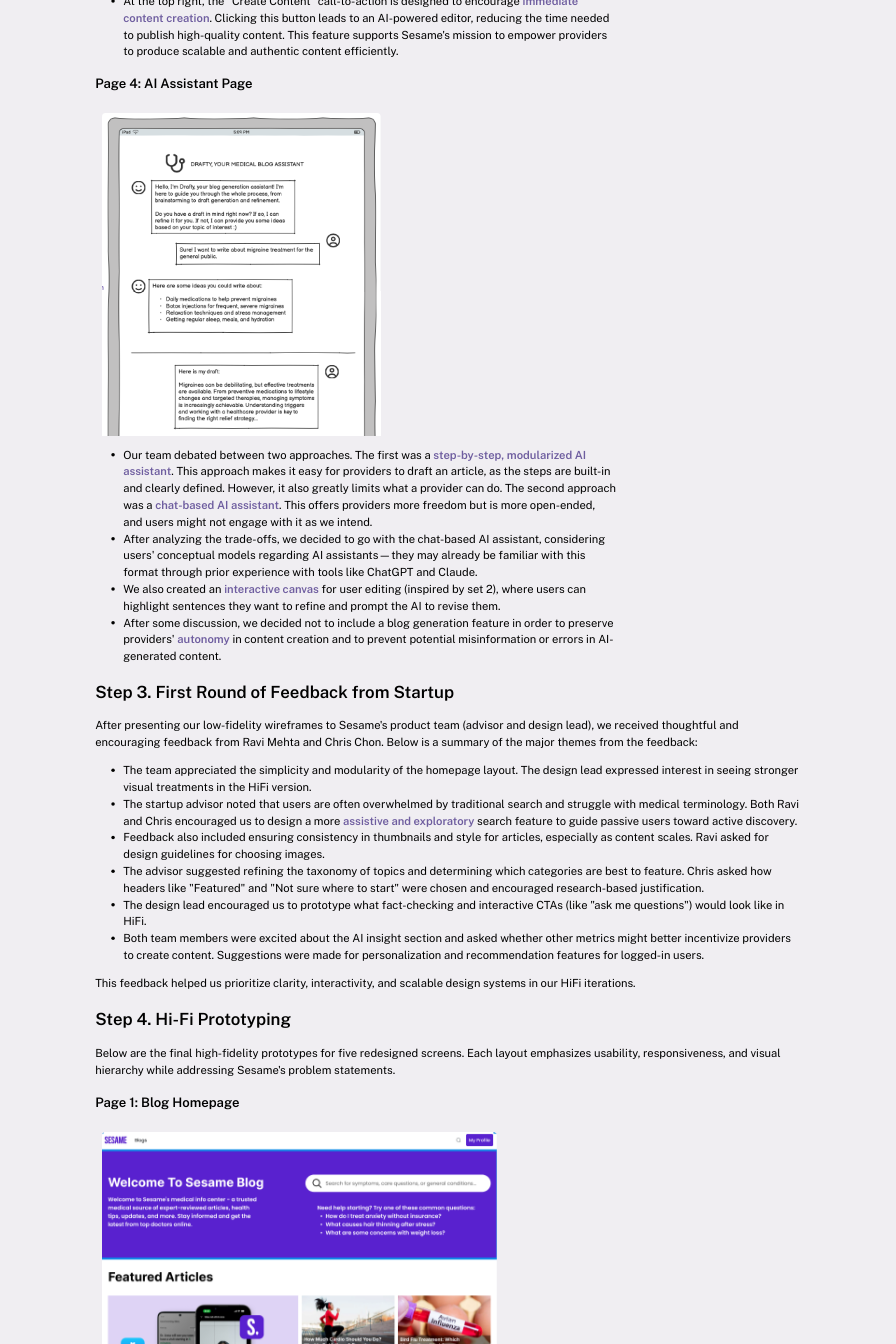
Repository: yifan200354/cs1300-iterative-design
Page: index.html
These files come from the project's save history. The page is drawn as it stood at one moment and after the next save; the edit follows.
The browser window is 1280 px wide. The pictures show the part of the page from y = 4580 to 6500 px (the page is 9684 px tall), at 70% of full size.
An inner scrolling area shows only its first screen.

Above is the page before, as saved 2025-04-17 22:28:15.
Not found: script.js

After the next save:
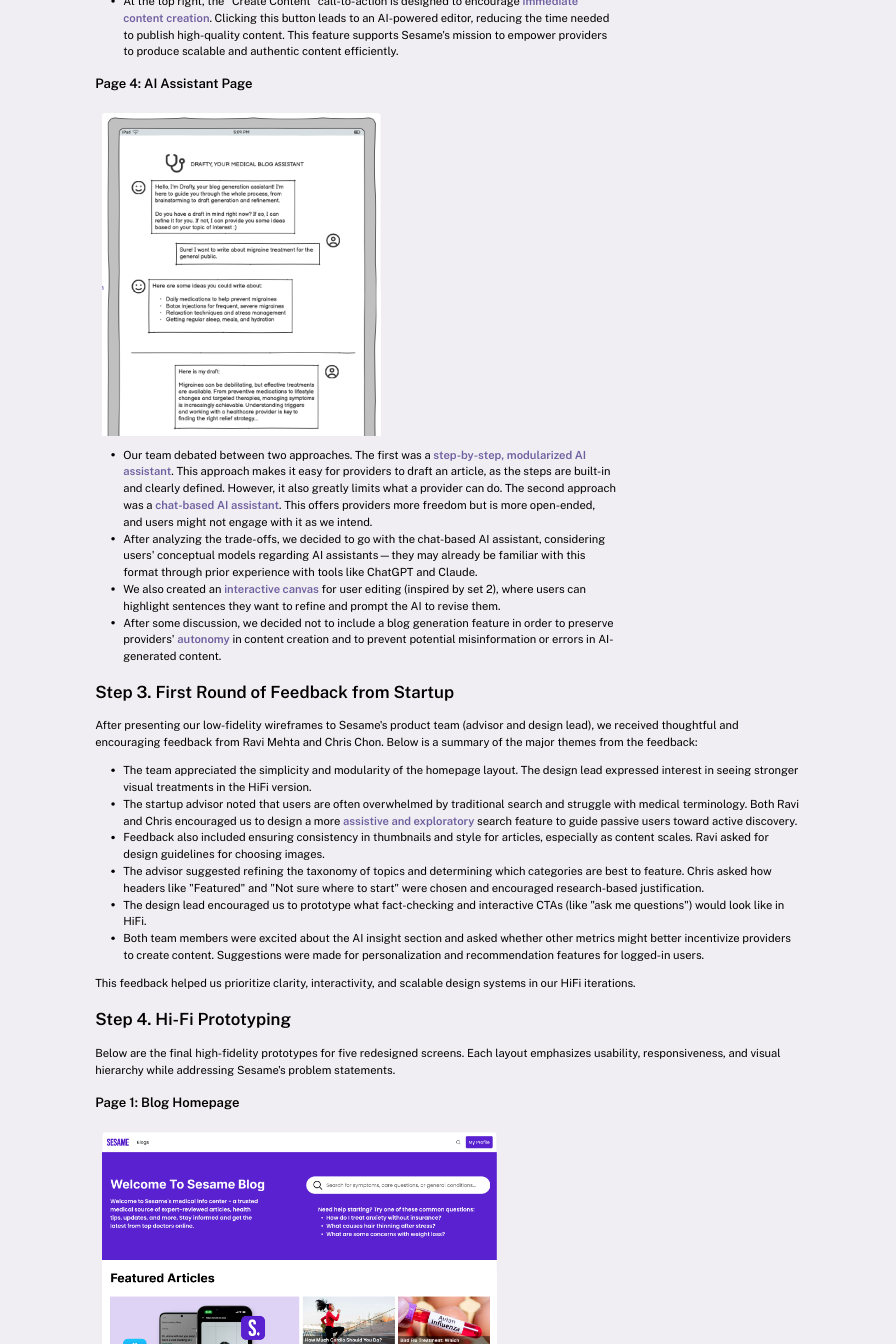
Saved 8 s later.
--- a/index.html
+++ b/index.html
@@ -208,7 +208,7 @@
 
                 <h3>Page 1: Blog Homepage</h3>
                 <div class="lofi-prototype">
-                    <img src="highfi_home.png" alt="Hi-Fi Blog Homepage">
+                    <img src="Blog Homepage.png" alt="Hi-Fi Blog Homepage">
                 </div>
                 <ul class="explanation">
                     <li>Introduced a bold hero section with a search bar and helpful query prompts to guide users toward active content discovery.</li>
